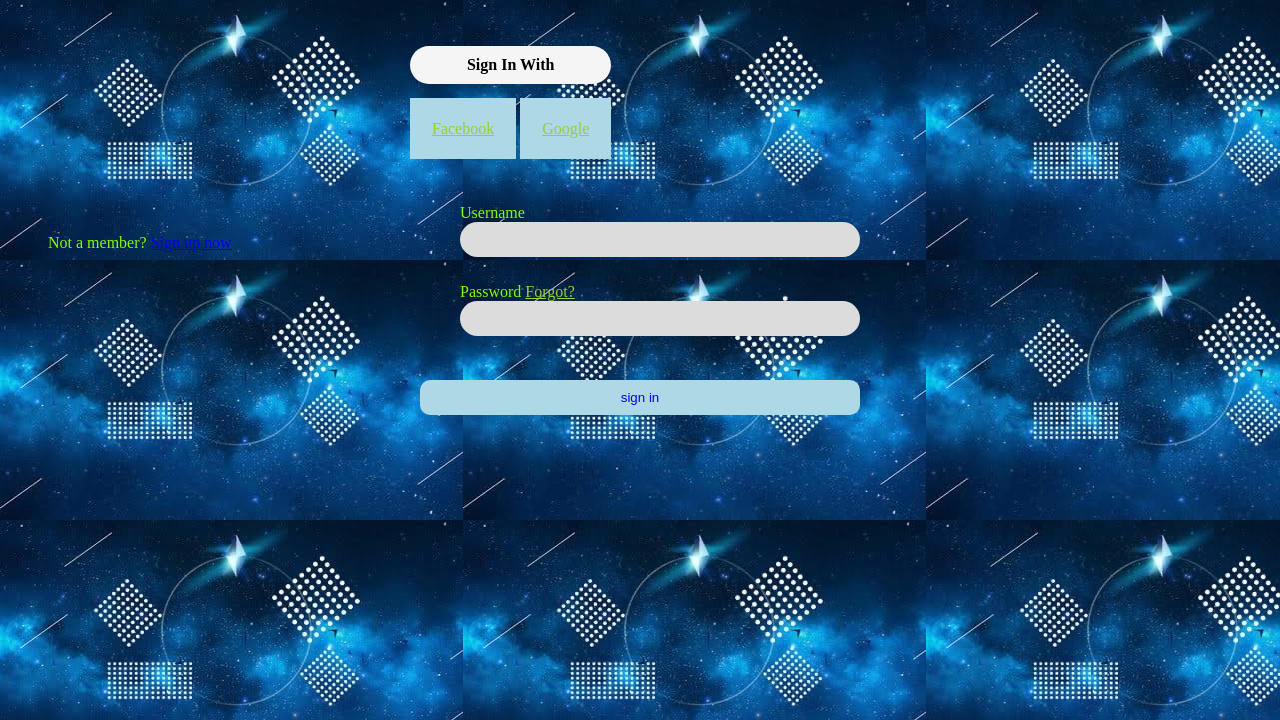
Repository: Tobby004/bdc-assignment-2
Page: index.html
These files come from the project's save history. The page is drawn as it stood at one moment and after the next save; the edit follows.
The browser window is 1280 px wide. The pictures show the whole page.

Above is the page before, as saved 2023-02-11 08:03:44.

### index.html
<!DOCTYPE html>
<html lang="en">
<head>
    <meta charset="UTF-8">
    <meta http-equiv="X-UA-Compatible" content="IE=edge">
    <meta name="viewport" content="width=<device-width>, initial-scale=1.0">
    <title>Document</title>
    <link rel="stylesheet" href="task.css">
</head>
<body>
    <header>
    <div class="box-container">
        <div class="box1">
        <br>
            <b>
             Sign In With
            </b>
        <br>
        <br>
        <a href="#">
            Facebook</a>
            <a href="#">
                Google
            </a>
        </div>
            </div>
        </header>


        <div class="form-input">
        <p>Username
            <br>
            <input type="text" placeholder="" />
        </p>
         <p>Password
            <a href="#">Forgot?</a>
            <br>
            <input type="password" />
         </p>
         <br>
         <button>sign in</button>
        </div>
        <P>
        Not a member?
            <a href="#">Sign up now</a>
        </p>

</body>
</html>

### task.css
*{
    box-sizing:border-box;
}
header{

    display: flex;
    padding: 20px;
    max-width: 500px;
    margin-left: auto;
    margin-right: auto;
    border: none;
}
body{
    background-image: url(image/IMG100.JPG)
}
header b {
    background-color:whitesmoke ;
    display: flex;
    padding: 10px;
    border-radius: 40px;
    margin-right: auto;
    margin-left: auto;
    max-width: 500px;
    justify-content: center;
}
header a {
    display: flexbox;
    padding: 22px;
    background-color: lightblue;
    width: 100%;
    max-width: 100px;
}
.form-input{
    display: block;
    max-width: 500px;
    height: 10px;

    padding: 30px;
    color: chartreuse;
    margin-left: auto;
    margin-right: auto;
}
input {
    background-color: gainsboro;
    display: flexbox;
    padding: 10px;
    width: 100%;
    border: none;
    border-radius: 30px;
    margin-bottom: 10px;
}
button {
    display: block;
    padding: 10px;
    width: 100%;
    border: none;
    color: blue;
    border-radius: 10px;
    background: lightblue;
}
div a {
    color: yellowgreen;
}
p {
    padding-inline-start: 40px;
    color: chartreuse;
    display: block;
    max-width: 500px;
    justify-content: center;
}

After the next save:
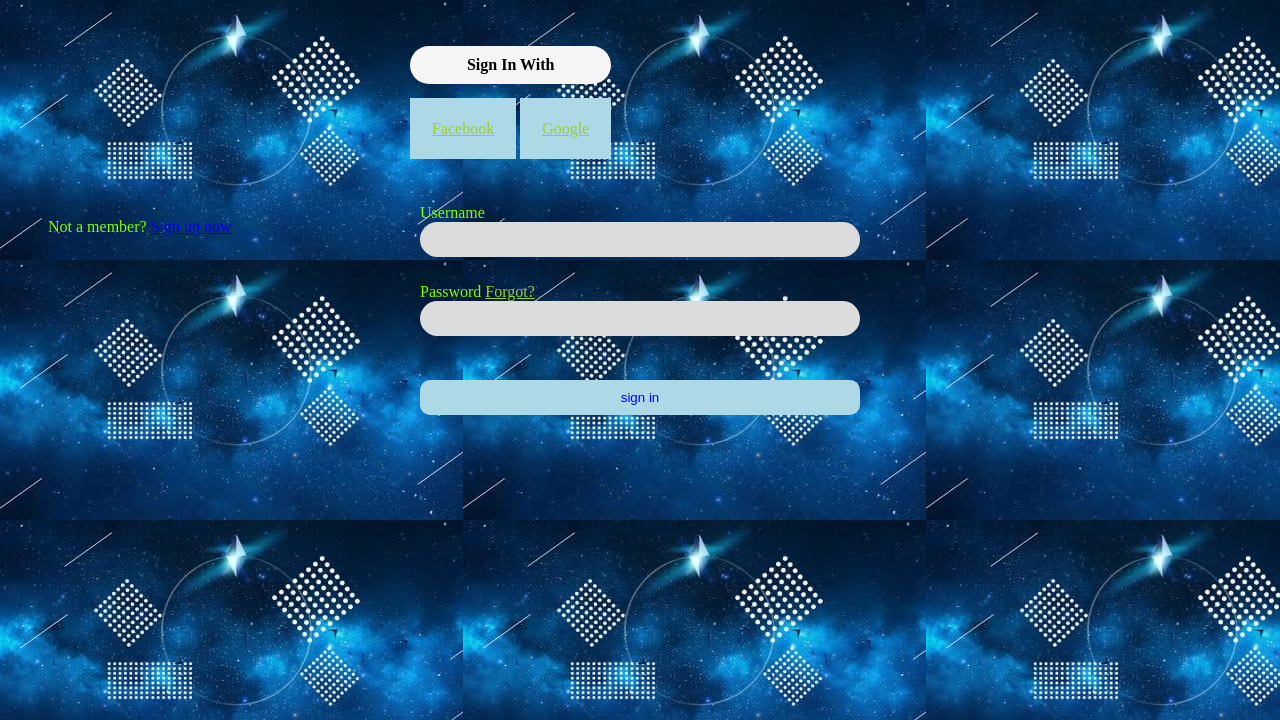
Saved 3 min 45 s later.
--- a/index.html
+++ b/index.html
@@ -28,6 +28,7 @@
 
 
         <div class="form-input">
+        <div class="form"></div>
         <p>Username
             <br>
             <input type="text" placeholder="" />
@@ -40,10 +41,10 @@
          <br>
          <button>sign in</button>
         </div>
-        <P>
+        <footer>
         Not a member?
             <a href="#">Sign up now</a>
-        </p>
+        </footer>
 
 </body>
 </html>
--- a/task.css
+++ b/task.css
@@ -61,10 +61,10 @@ button {
 div a {
     color: yellowgreen;
 }
-p {
+footer {
     padding-inline-start: 40px;
     color: chartreuse;
     display: block;
     max-width: 500px;
-    justify-content: center;
+    justify-content: center
 }
